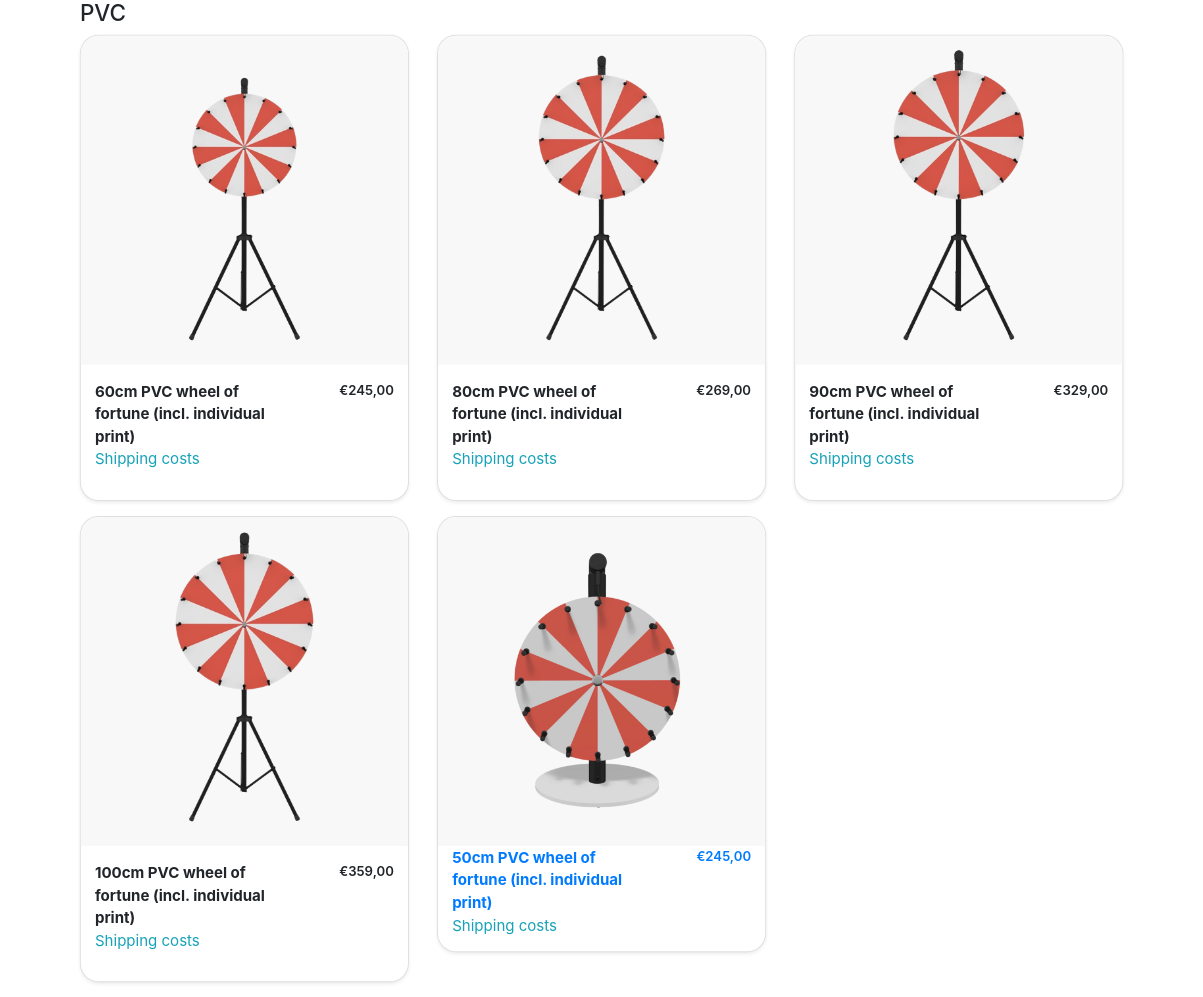
Repository: Awaisp-irfan/fahad-project
Page: pvc.html
The author's editor kept a copy of each file at every save. The page is drawn from the files as they stood at one save, then again after the next save.
The browser window is 1280 px wide. The pictures show the whole page, at 94% of full size.

Above is the page before, as saved 2022-07-01 02:32:48.

After the next save:
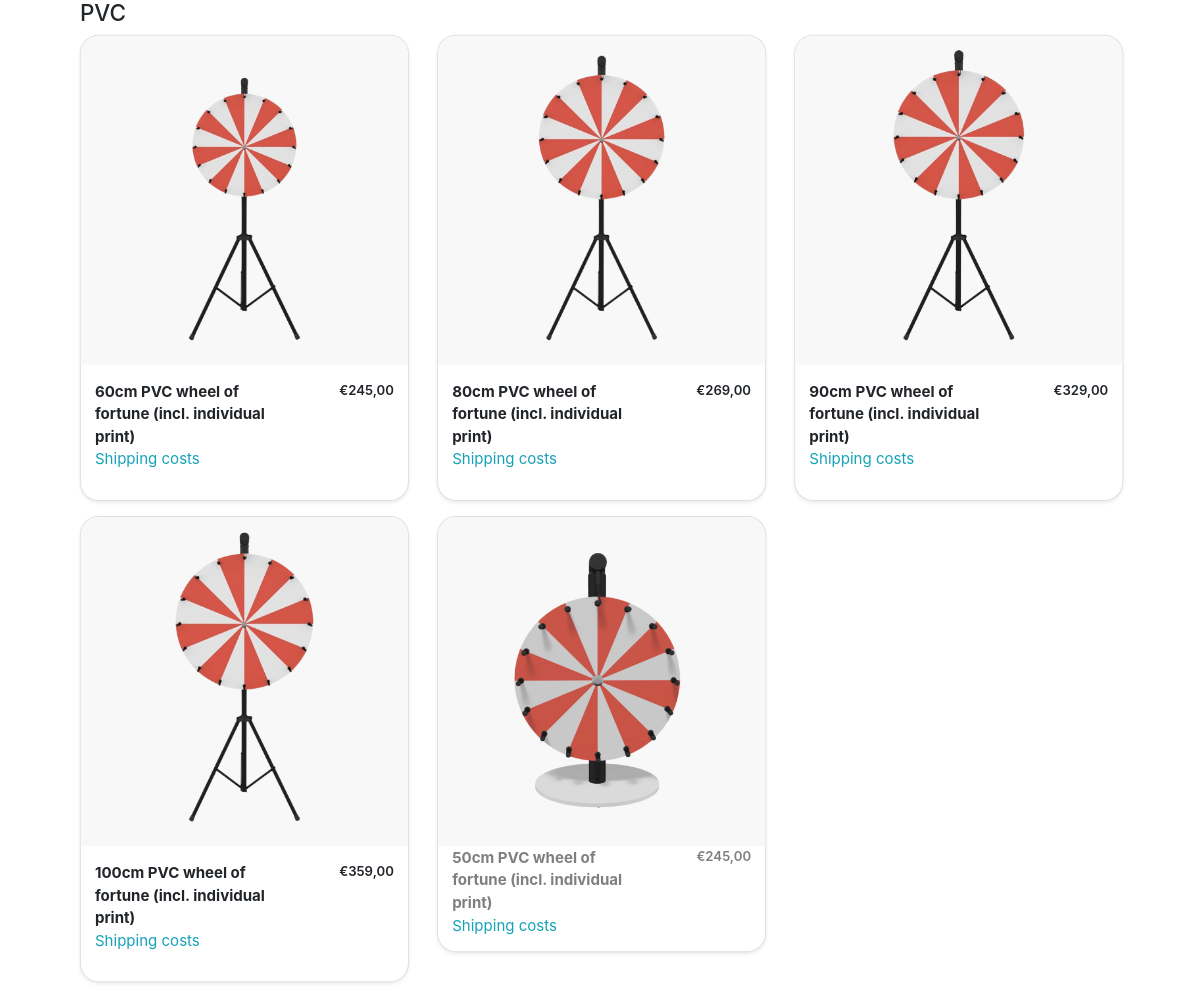
Saved 17 s later.
--- a/pvc.html
+++ b/pvc.html
@@ -91,7 +91,7 @@
               </div>
             </div>
           </div>
-          <a  href="./text.html" class="col-lg-4 col-md-6 col-12 mb-0 text-decoration-none">
+          <a  href="./text.html" class="col-lg-4 col-md-6 col-12 mb-0 text-decoration-none text-black-50">
             <div class="card shadow-sm">
               <div class="img-div">
                 <div class="cm50-img"></div>
